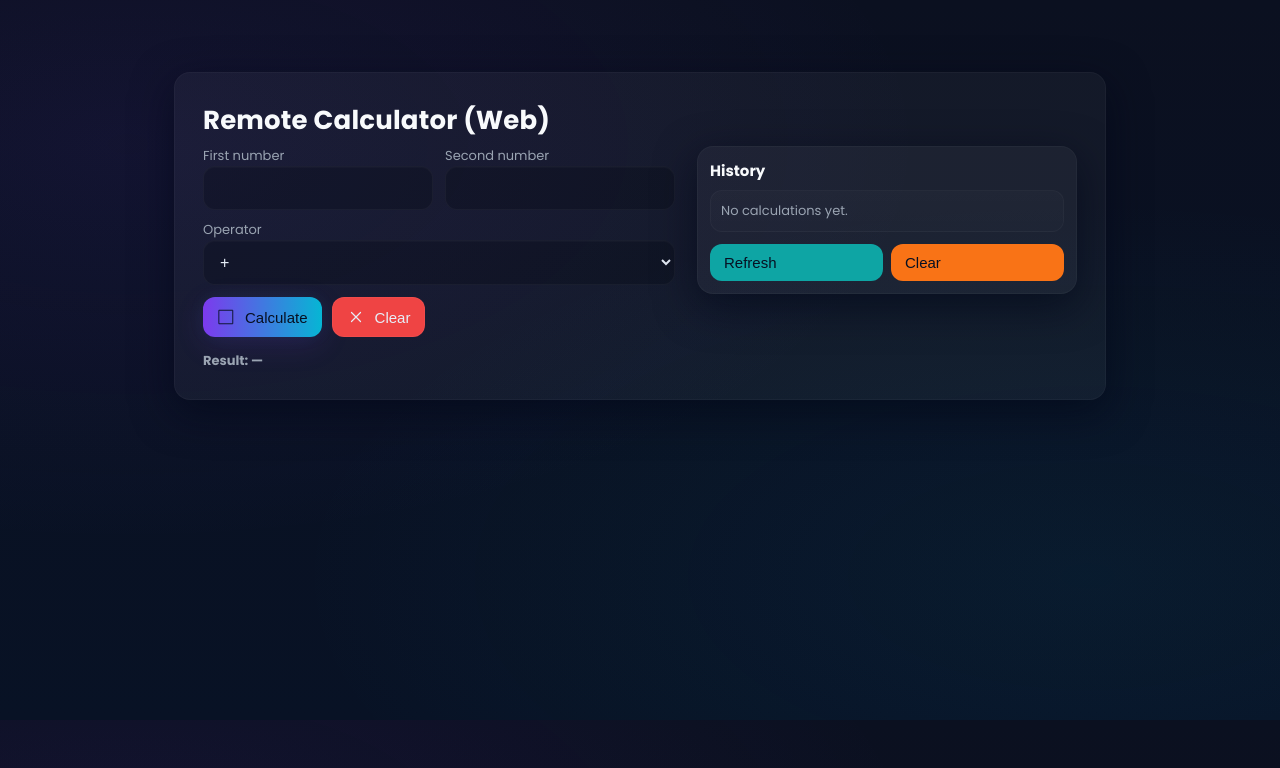
Repository: Sakib2405/PSTU_Academic
Page: http://localhost/
An editor plug-in stored every save of this project. The page is shown before and after the next save, followed by the edit.
The browser window is 1280 px wide. The pictures show the whole page.
The page is served by the project's application, run on Flask 3 (web_server.py).

Above is the page before, as saved 2025-11-22 12:16:27.

After the next save:
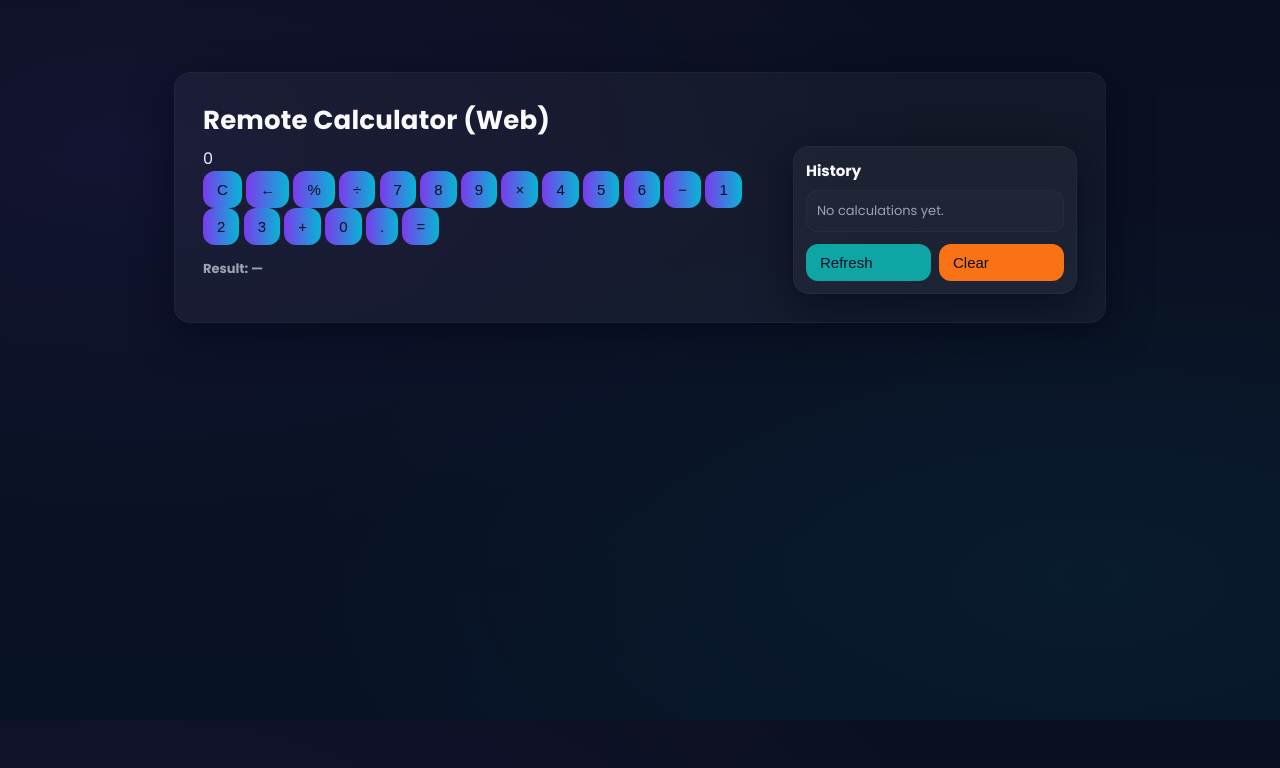
Console error: TypeError: Cannot read properties of null (reading 'addEventListener')
Saved 3 min 8 s later.
--- a/5th Semister/CCE-313,314(Networking)/Sessional/pronad1_Academic_PSTU_CSE_main_5th_Semester_ma'am_assignment_Socket/Remote Calculator/templates/index.html
+++ b/5th Semister/CCE-313,314(Networking)/Sessional/pronad1_Academic_PSTU_CSE_main_5th_Semester_ma'am_assignment_Socket/Remote Calculator/templates/index.html
@@ -75,42 +75,37 @@
       <div class="card">
         <h1>Remote Calculator (Web)</h1>
         <div class="layout">
-          <form id="calcForm" class="form" autocomplete="off">
-            <div class="row">
-              <label>
-                First number
-                <input id="num1" name="num1" type="number" step="any" required />
-              </label>
-              <label>
-                Second number
-                <input id="num2" name="num2" type="number" step="any" required />
-              </label>
-            </div>
+          <div id="calculator" class="calculator">
+            <div class="display" id="calcDisplay" aria-live="polite">0</div>
 
-            <label>
-              Operator
-              <select id="operator" name="operator">
-                <option value="+">+</option>
-                <option value="-">-</option>
-                <option value="*">*</option>
-                <option value="/">/</option>
-                <option value="%">%</option>
-              </select>
-            </label>
+            <div class="keypad" id="keypad">
+              <button class="key key-op" data-op="C">C</button>
+              <button class="key key-op" data-op="←">←</button>
+              <button class="key key-op" data-op="%">%</button>
+              <button class="key key-op" data-op="/">÷</button>
 
-            <div style="margin-top:12px;display:flex;gap:10px">
-              <button type="submit" class="btn-primary">
-                <svg class="icon" viewBox="0 0 24 24" fill="none" xmlns="http://www.w3.org/2000/svg"><path d="M3 3h18v18H3z" stroke="currentColor" stroke-width="1.2" stroke-linecap="round" stroke-linejoin="round"/></svg>
-                Calculate
-              </button>
-              <button type="button" id="clearButton" style="background:#ef4444" class="btn-ghost">
-                <svg class="icon" viewBox="0 0 24 24" fill="none" xmlns="http://www.w3.org/2000/svg"><path d="M6 6l12 12M18 6L6 18" stroke="currentColor" stroke-width="1.6" stroke-linecap="round" stroke-linejoin="round"/></svg>
-                Clear
-              </button>
+              <button class="key" data-key="7">7</button>
+              <button class="key" data-key="8">8</button>
+              <button class="key" data-key="9">9</button>
+              <button class="key key-op" data-op="*">×</button>
+
+              <button class="key" data-key="4">4</button>
+              <button class="key" data-key="5">5</button>
+              <button class="key" data-key="6">6</button>
+              <button class="key key-op" data-op="-">−</button>
+
+              <button class="key" data-key="1">1</button>
+              <button class="key" data-key="2">2</button>
+              <button class="key" data-key="3">3</button>
+              <button class="key key-op" data-op="+">+</button>
+
+              <button class="key wide" data-key="0">0</button>
+              <button class="key" data-key=".">.</button>
+              <button class="key key-eq" data-op="=">=</button>
             </div>
 
             <div id="result" class="muted">Result: <span id="value">—</span></div>
-          </form>
+          </div>
 
           <aside class="history card" style="padding:12px">
             <h3>History</h3>
